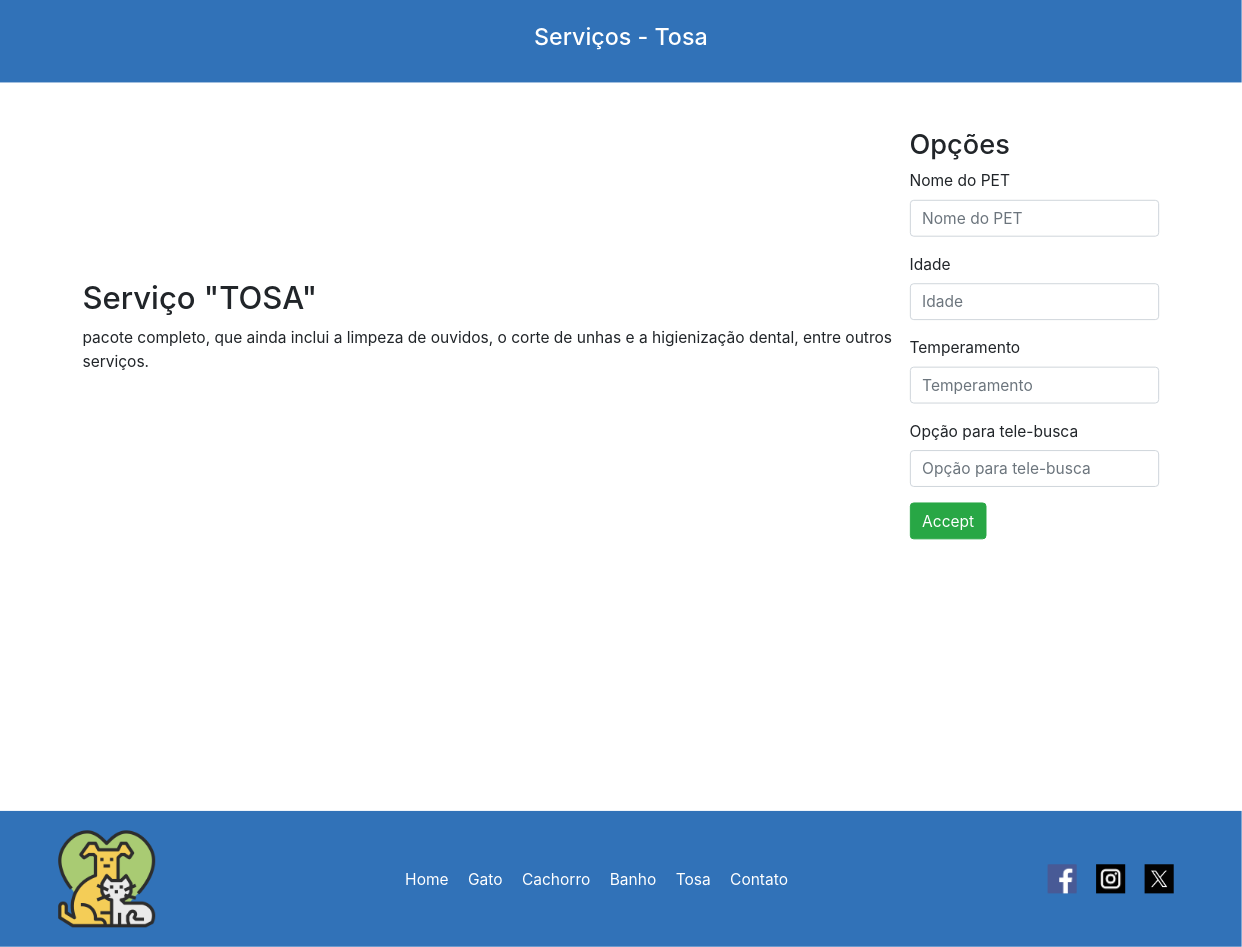
Repository: graeff01/petshop-project
Page: tosa.html
The author's editor kept a copy of each file at every save. The page is drawn from the files as they stood at one save, then again after the next save.
The browser window is 1280 px wide. The pictures show the whole page, at 97% of full size.

Above is the page before, as saved 2024-09-18 11:39:59.

### tosa.html
<!DOCTYPE html>
<html lang="en">
<head>
    <meta charset="UTF-8">
    <meta name="viewport" content="width=device-width, initial-scale=1.0">
    <title>PetShop - Serviços - Tosa</title>
    <link rel="stylesheet" href="css/bt.css">
    <link href="https://maxcdn.bootstrapcdn.com/bootstrap/4.5.2/css/bootstrap.min.css" rel="stylesheet">
</head>
<body>
    <header class="blue-background text-center p-4">
        <h1>Serviços - Tosa</h1>
    </header>
    <main class="container mt-5">
        <div class="d-flex justify-content-between align-items-center">
            <div class="service-description">
                <h2>Serviço "TOSA"</h2>
                <p>pacote completo, que ainda inclui a limpeza de ouvidos, o corte de unhas e a higienização dental, entre outros serviços.</p>
            </div>
            <div class="service-form">
                <h3>Opções</h3>
                <form>
                    <div class="form-group">
                        <label for="pet-name">Nome do PET</label>
                        <input type="text" class="form-control" id="pet-name" placeholder="Nome do PET">
                    </div>
                    <div class="form-group">
                        <label for="pet-age">Idade</label>
                        <input type="text" class="form-control" id="pet-age" placeholder="Idade">
                    </div>
                    <div class="form-group">
                        <label for="pet-temperament">Temperamento</label>
                        <input type="text" class="form-control" id="pet-temperament" placeholder="Temperamento">
                    </div>
                    <div class="form-group">
                        <label for="pickup-option">Opção para tele-busca</label>
                        <input type="text" class="form-control" id="pickup-option" placeholder="Opção para tele-busca">
                    </div>
                    <button type="submit" class="btn btn-success">Accept</button>
                </form>
            </div>
        </div>
    </main>
    <footer class="footer">
        <div class="footer-container">
            <div class="footer-left">
                <img src="img/logo.png" alt="PetShop Logo" class="footer-logo">
            </div>
            <div class="footer-center">
                <ul class="footer-links">
                    <li><a href="/index.html">Home</a></li>
                    <li><a href="/gato.html">Gato</a></li>
                    <li><a href="/dog.html">Cachorro</a></li>
                    <li><a href="/banho.html">Banho</a></li>
                    <li><a href="/tosa.html">Tosa</a></li>
                    <li><a href="/contato.html">Contato</a></li>
                </ul>
            </div>
            <div class="footer-right">
                <div class="social-icons">
                    <a href="#"><img src="img/face.png" alt="Facebook"></a>
                    <a href="#"><img src="img/insta.png" alt="Instagram"></a>
                    <a href="#"><img src="img/x.png" alt="Twitter"></a>
                </div>
            </div>
        </div>
    </footer>
    <script src="https://code.jquery.com/jquery-3.5.1.slim.min.js"></script>
    <script src="https://cdn.jsdelivr.net/npm/@popperjs/core@2.9.2/dist/umd/popper.min.js"></script>
    <script src="https://maxcdn.bootstrapcdn.com/bootstrap/4.5.2/js/bootstrap.min.js"></script>
</body>
</html>

### css/bt.css
/*dog.html */

body {
    font-family: Arial, sans-serif;
    margin: 0;
    padding: 0;
}

header.blue-background {
    background-color: #2368b3ee;
    color: white;
    padding: 20px 0;
    text-align: center;
    width: 100%;
    box-sizing: border-box;
}

header.blue-background h1 {

    font-size: 24px;
}


.footer {
    margin-top: 280px;
    background-color: #2368b3ee;
    padding: 20px 0;
    color: white;
    text-align: center;
    width: 100%;
}

.footer-container {
    display: flex;
    justify-content: space-between;
    align-items: center;
    max-width: 1200px;
    margin: 0 auto;
    padding: 0 20px;
    box-sizing: border-box;
}

.footer-left img {
    width: 100px;
}

.footer-center {
    flex: 1;
}

.footer-links {
    list-style-type: none;
    padding: 0;
    margin: 0;
    display: flex;
    justify-content: center;
}

.footer-links li {
    margin: 0 10px;
}

.footer-links a {
    color: white;
    text-decoration: none;
    font-size: 16px;
}

.footer-links a:hover {
    text-decoration: underline;
}

.footer-right .social-icons {
    display: flex;
    justify-content: center;
}

.footer-right .social-icons a {
    margin: 0 10px;
}

.footer-right .social-icons img {
    width: 30px;
    height: 30px;
}

After the next save:
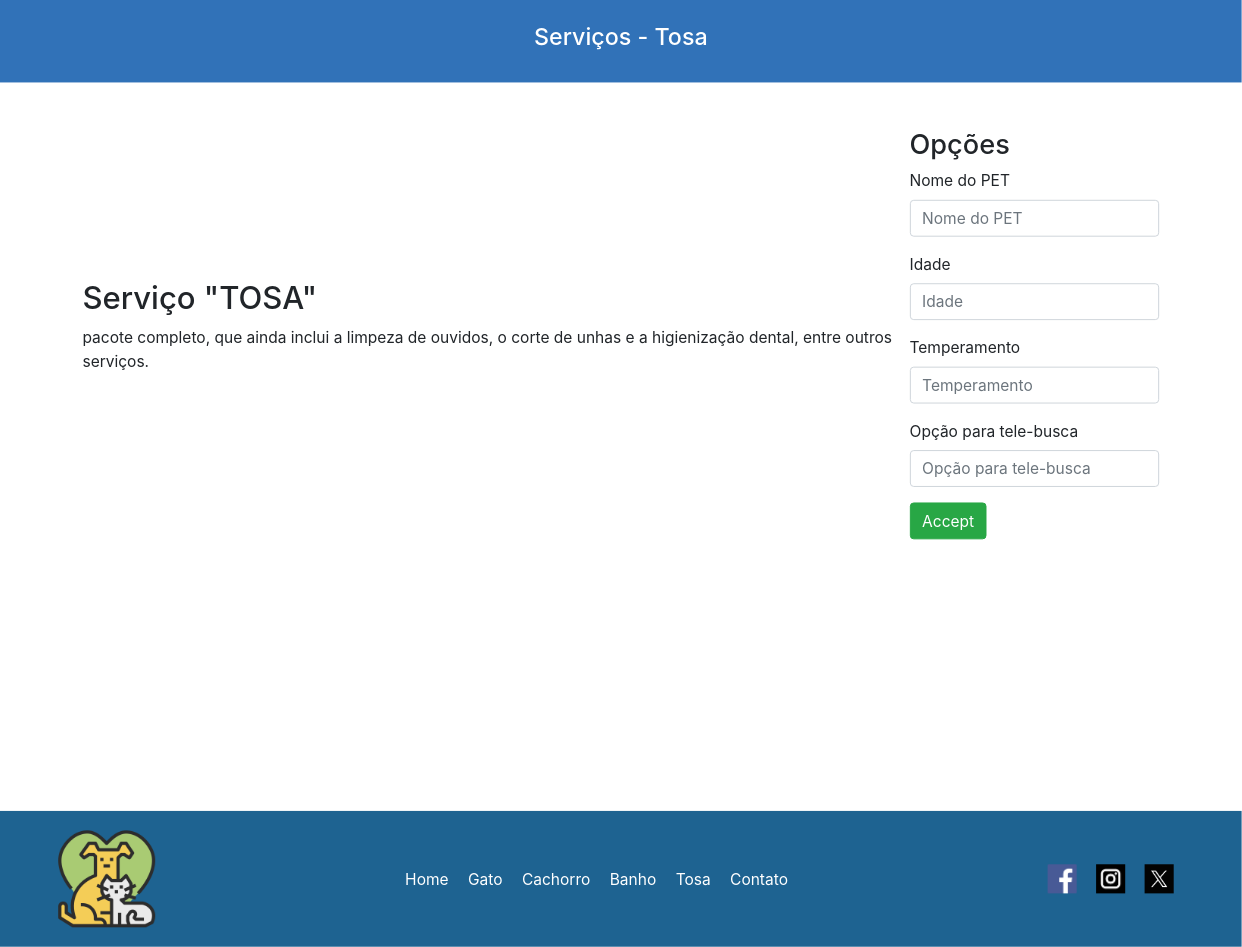
Saved 61 s later.
--- a/css/bt.css
+++ b/css/bt.css
@@ -23,7 +23,7 @@ header.blue-background h1 {
 
 .footer {
     margin-top: 280px;
-    background-color: #2368b3ee;
+    background-color: #1e6391;
     padding: 20px 0;
     color: white;
     text-align: center;
